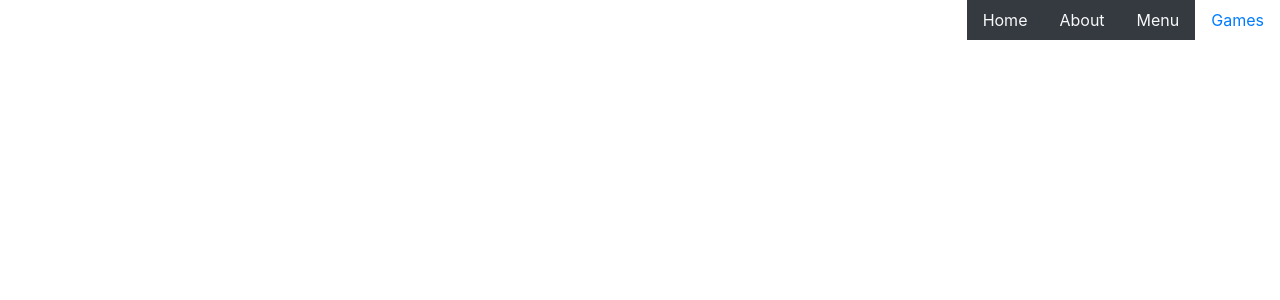
Repository: Code-Institute-Submissions/eleanorpro-milestoneproject1
Page: index.html
The author's editor kept a record of every edit. The page is drawn from the files as they stood at one moment, then again after the next edit.
The browser window is 1280 px wide. The pictures show the whole page.

Above is the page before.

After the next edit:
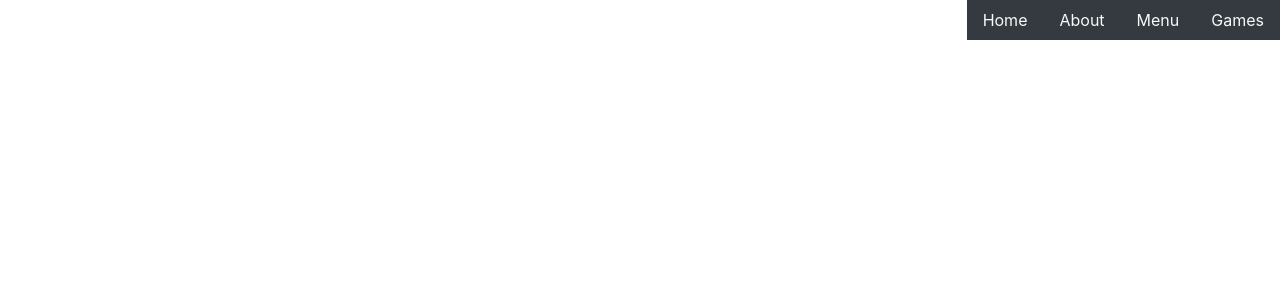
The edit:
--- a/index.html
+++ b/index.html
@@ -24,7 +24,7 @@
                     <a class="nav-link text-light bg-dark" href="#">Menu</a>
                 </li>
                 <li class="nav-item">
-                    <a class="nav-link" href="#">Games</a>
+                    <a class="nav-link text-light bg-dark" href="#">Games</a>
                 </li>
             </ul>
         </nav>
